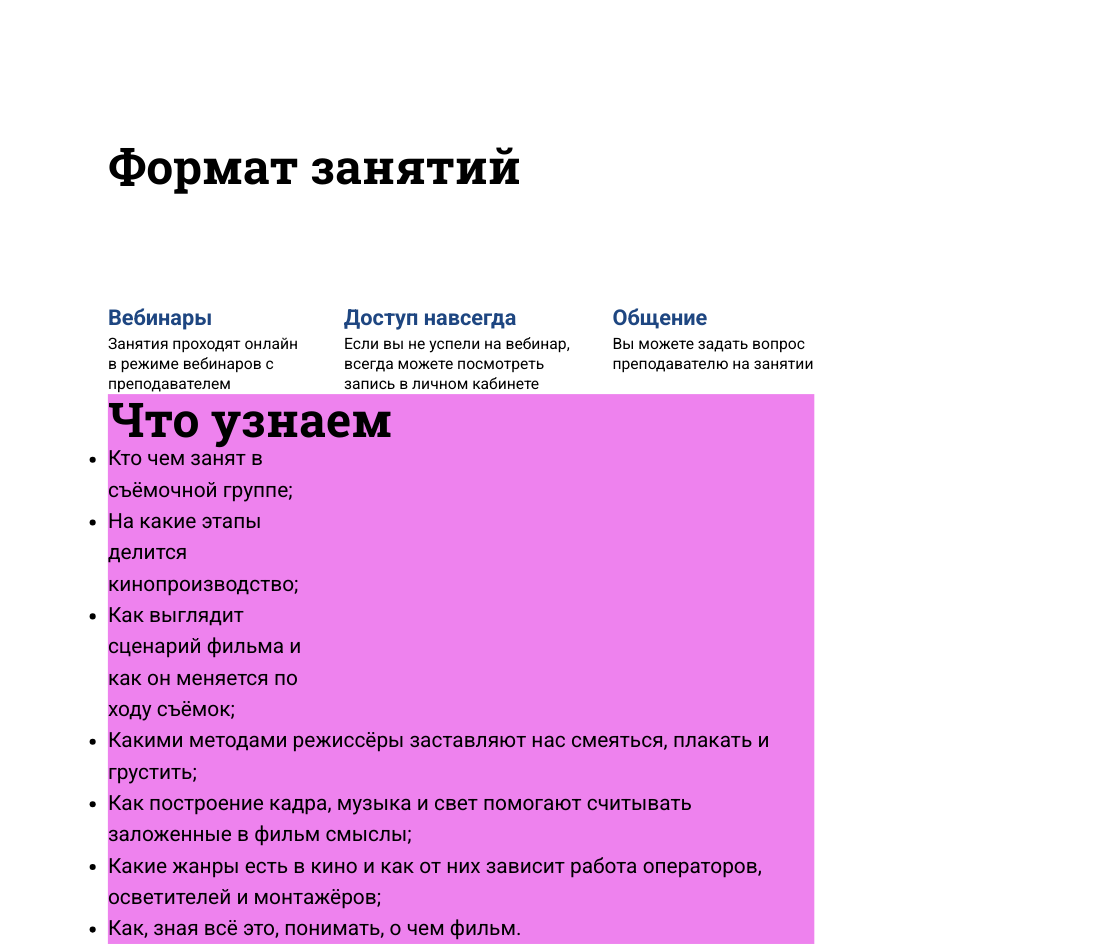
Repository: PoladEziz/Task2
Page: index.html
These files come from the project's save history. The page is drawn as it stood at one moment and after the next save; the edit follows.
The browser window is 1280 px wide. The pictures show the whole page, at 87% of full size.

Above is the page before, as saved 2023-05-04 17:40:39.

### index.html
<!DOCTYPE html>
<html lang="en">

<head>
    <meta charset="UTF-8">
    <meta http-equiv="X-UA-Compatible" content="IE=edge">
    <meta name="viewport" content="width=device-width, initial-scale=1.0">
    <title>Document</title>
    <link rel="stylesheet" href="index.css">
</head>

<body>
    <div class="main">
        <div class="page-1">
            <h1>Формат занятий</h1>
            <div class="top_child">

                <ul>
                    <li>
                        <h2>Вебинары</h2>
                        <p>Занятия проходят онлайн
                            в режиме вебинаров
                            с преподавателем</p>
                    </li>

                    <li>
                        <h2>Доступ навсегда</h2>
                        <p>Если вы не успели на вебинар, всегда можете посмотреть запись в личном кабинете</p>
                    </li>

                    <li>
                        <h2>Общение</h2>
                        <p>Вы можете задать вопрос
                            преподавателю на занятии</p>
                    </li>


                </ul>
            </div>

        </div>
        <div class="page-2">
            <h1>Что узнаем</h1>
            <ul>
                <li>Кто чем занят в съёмочной группе; </li>
                <li>На какие этапы делится кинопроизводство; </li>
                <li>Как выглядит сценарий фильма и как он меняется по ходу съёмок; </li>
                <li>Какими методами режиссёры заставляют нас смеяться, плакать и грустить; </li>
                <li>Как построение кадра, музыка и свет помогают считывать заложенные в фильм смыслы; </li>
                <li>Какие жанры есть в кино и как от них зависит работа операторов, осветителей и монтажёров; </li>
                <li>Как, зная всё это, понимать, о чем фильм.</li>
            </ul>




        </div>


    </div>
</body>

</html>

### index.css
@import url("https://fonts.googleapis.com/css2?family=Roboto+Slab:wght@700&family=Roboto:wght@700&display=swap");
@import url("https://fonts.googleapis.com/css2?family=Roboto&family=Roboto+Slab:wght@700&display=swap");

* {
  margin: 0;
  padding: 0;
}

.main {
  /* width: 100%; */
  display: flex;
  flex-direction: column;
  padding-left: 124px;
  padding-top: 162px;
  padding-right: 344px;
}

.page-1 h1 {
  margin-bottom: 133px;
  font-family: "Roboto Slab";
  font-style: normal;
  font-weight: 700;
  font-size: 55px;
  line-height: 55px;
}
.page-1 ul {
  width: 100%;
  display: flex;
  justify-content: space-between;
}
.page-1 ul li {
  list-style-type: none;
}
li:nth-child(1) {
  width: 223px;
}
li:nth-child(2) {
  width: 260px;
}
li:nth-child(3) {
  width: 232px;
}
.page-1 ul li h2 {
  font-family: "Roboto";
  font-style: normal;
  font-weight: 700;
  font-size: 25px;
  line-height: 130%;
  color: #1e4681;
}

.page-1 ul li p {
  font-family: "Roboto";
  font-style: normal;
  font-weight: 400;
  font-size: 18px;
  line-height: 130%;
}

.page-2 {
  display: flex;
  flex-direction: row;
  width: 100%;
}

.page-1 h1 {
  width: 100%;
}

.page-2 {
    margin-top: ;
    background-color: violet;
  width: 100%;
  display: flex;
  flex-direction: column;
}

.page-2 h1 {
  font-family: Roboto Slab;
  font-size: 55px;
  font-weight: 700;
  line-height: 56px;
  text-align: left;
}

.page-2 ul li {
  font-family: Roboto;
  font-size: 24px;
  font-weight: 400;
  line-height: 36px;
  text-align: left;
}

After the next save:
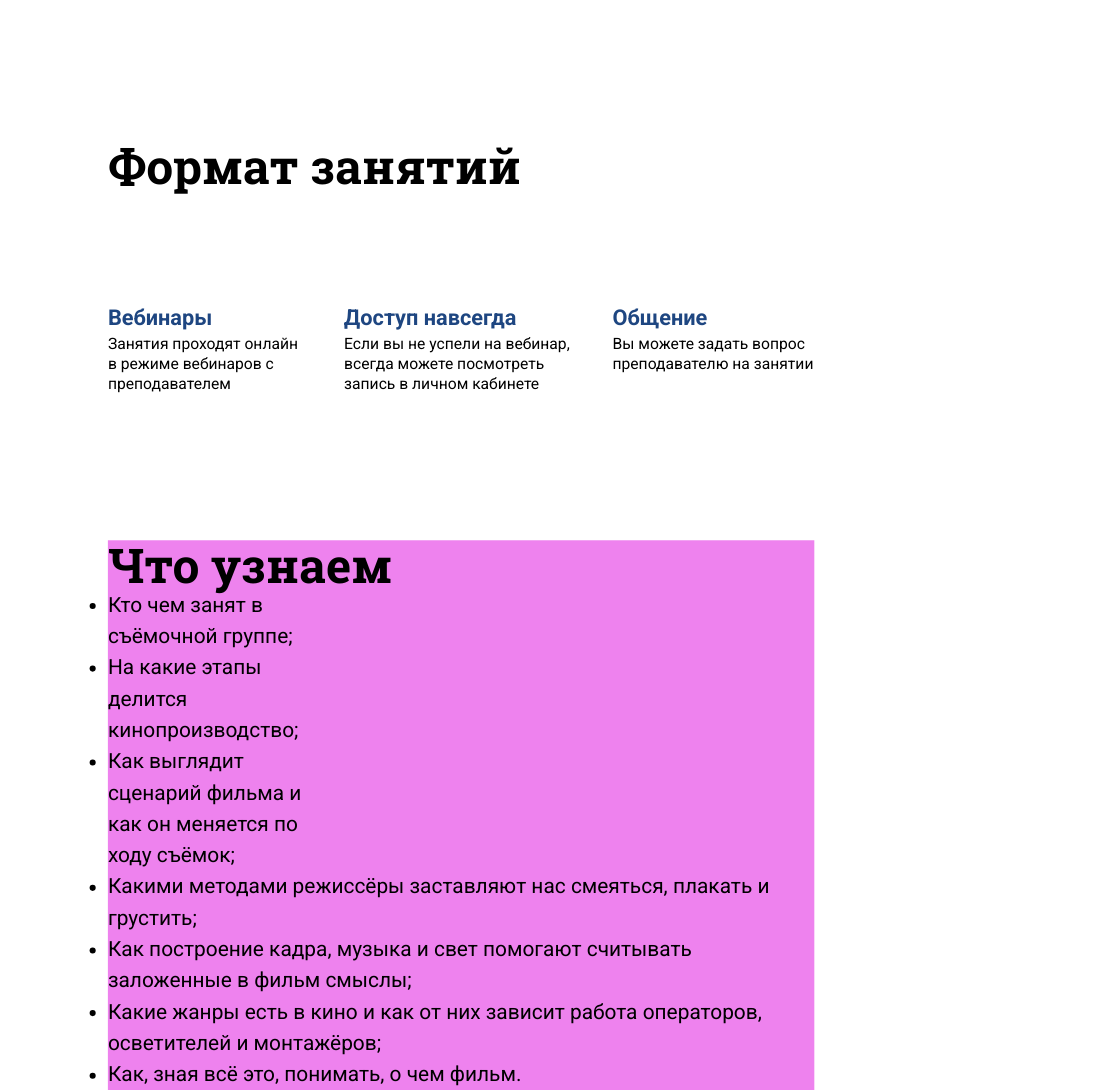
Saved 15 s later.
--- a/index.css
+++ b/index.css
@@ -68,7 +68,7 @@ li:nth-child(3) {
 }
 
 .page-2 {
-    margin-top: ;
+    margin-top: 168px;
     background-color: violet;
   width: 100%;
   display: flex;
